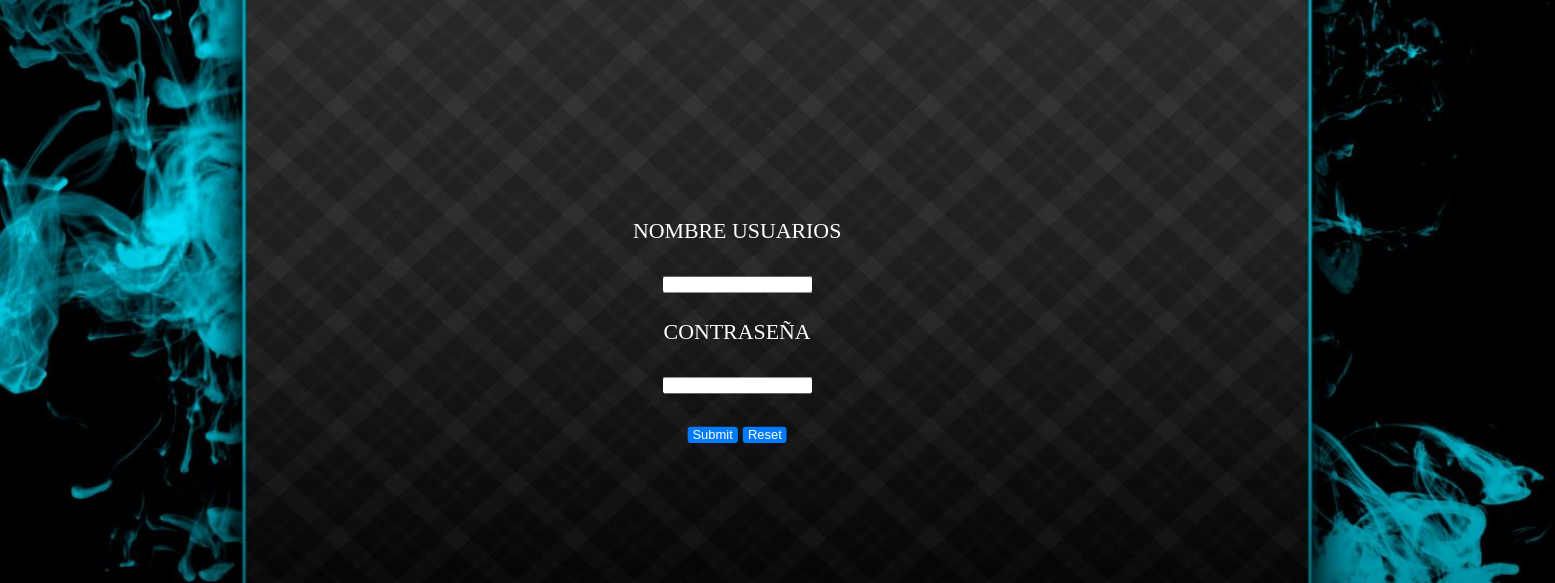
Repository: Gr0ot2/testing
Page: http://localhost/proyecto/acceso_pupilaje.jsp
These files come from the project's save history. The page is drawn as it stood at one moment and after the next save; the edit follows.
The browser window is 1920 px wide. The pictures show the whole page, at 81% of full size.
The page is served by Tomcat 9.

Above is the page before, as saved 2023-05-24 08:00:46.

After the next save:
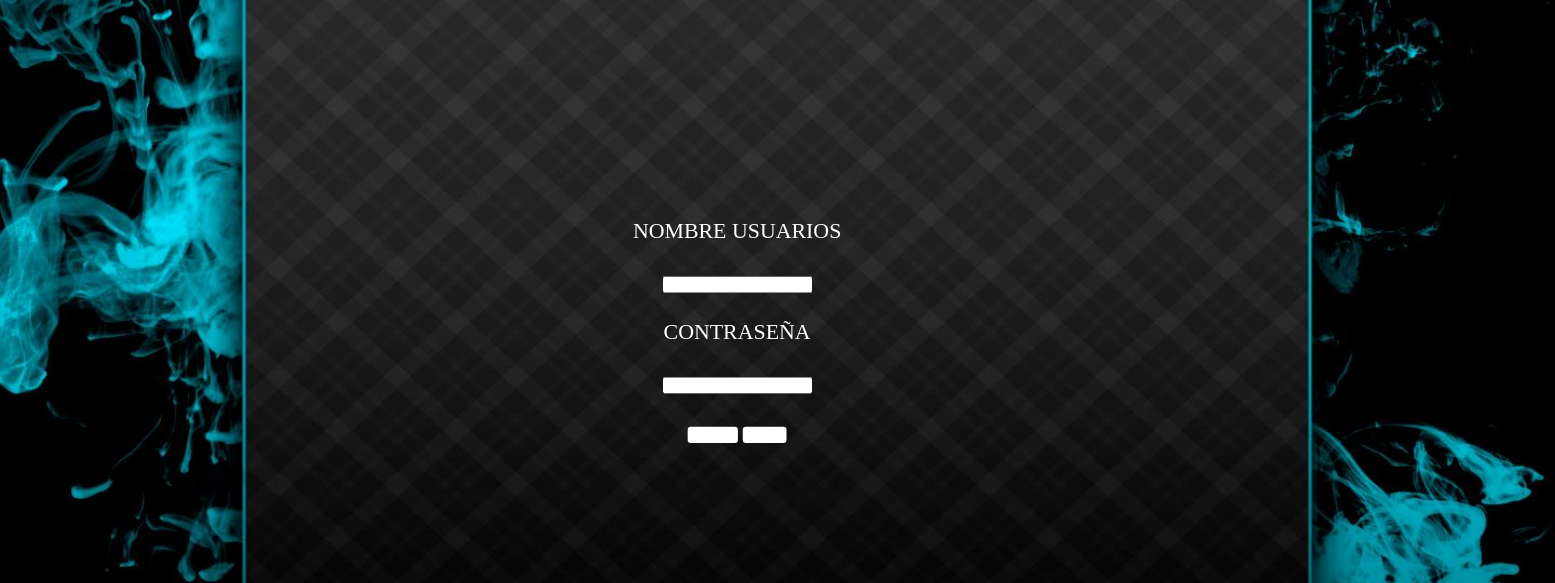
Saved 17 s later.
--- a/proyecto_final/proyecto_final/proyecto/WebContent/acceso_pupilaje.css
+++ b/proyecto_final/proyecto_final/proyecto/WebContent/acceso_pupilaje.css
@@ -43,8 +43,8 @@ font-size: 27px;
 color: white;
 }
 .button{
- background-color: #007bff;
-  color: white;
+ background-color: white;
+  color: #fff;
   border: none;
   border-radius: 4px;
   font-size: 16px;
